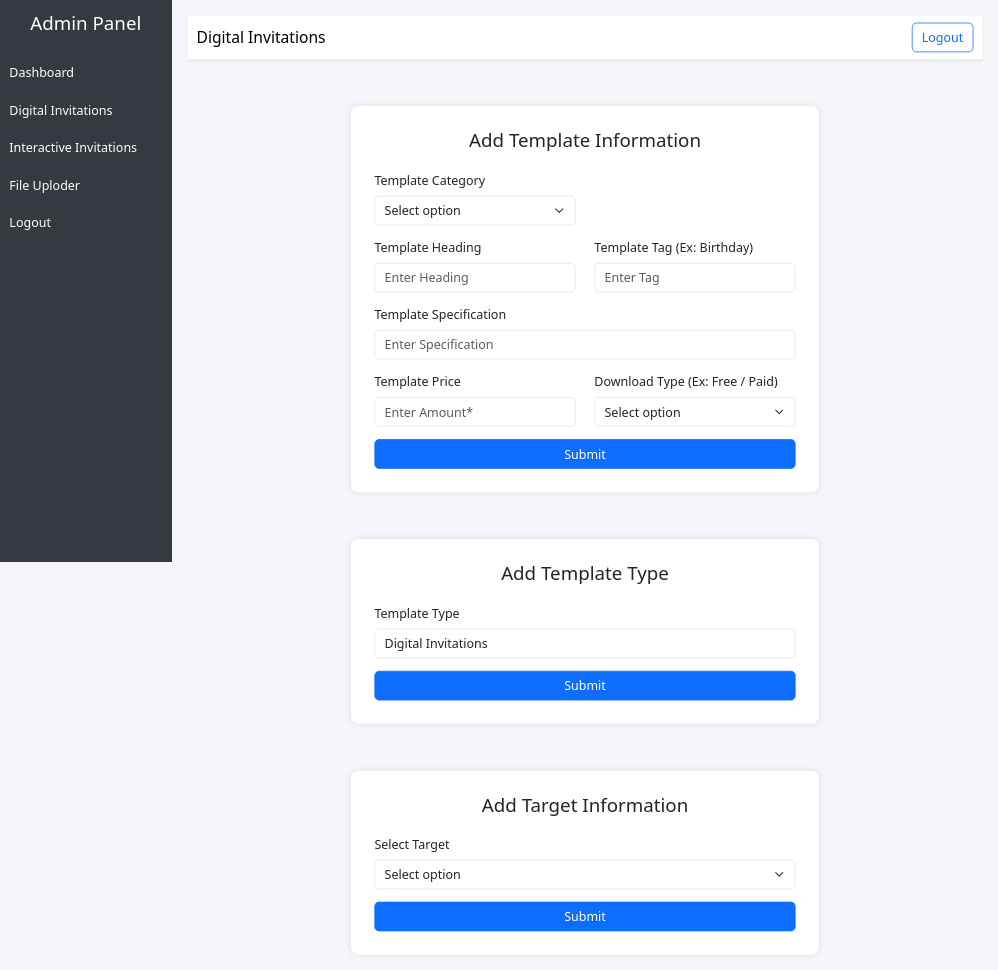
Repository: viraj7551/Flying-Invite-Project
Page: http://localhost/Admin03/digital_invitation.jsp
These files come from the project's save history. The page is drawn as it stood at one moment and after the next save; the edit follows.
The browser window is 1280 px wide. The pictures show the whole page, at 78% of full size.
Some web fonts or font styles are not loaded; a fallback is used. The page is served by Tomcat 9.

Above is the page before, as saved 2026-07-18 16:58:42.

After the next save:
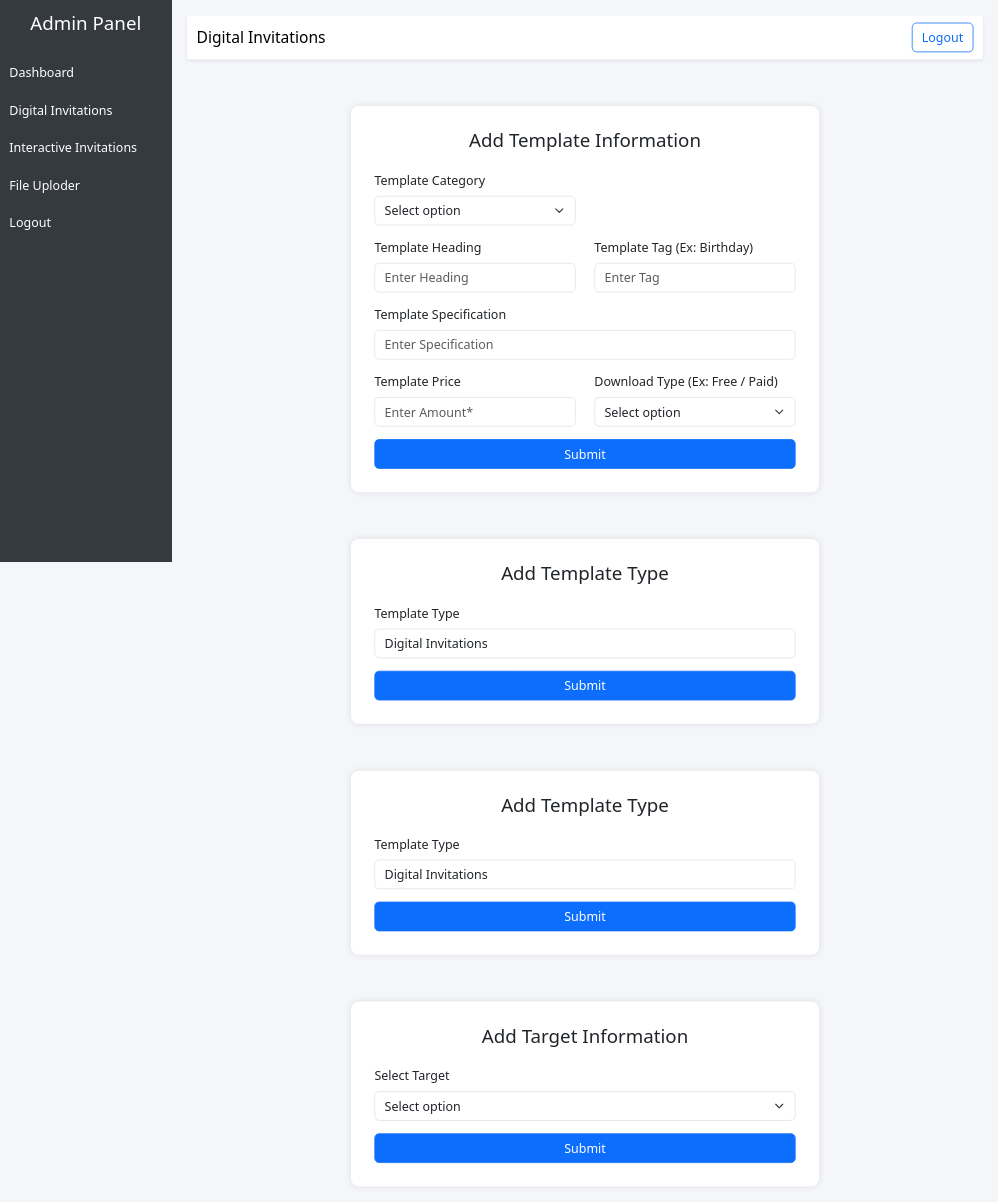
Saved 48 s later.
--- a/Admin03/WebContent/digital_invitation.jsp
+++ b/Admin03/WebContent/digital_invitation.jsp
@@ -213,7 +213,22 @@ margin-left:0;
 
 
 <!-- -------------------Form 3 starts here ------------->
-
+<div class="container">
+<div class="form-container">
+<h4 class="mb-4 text-center">Add Template Type</h4>
+ <form method="POST" action="/Admin03/Invitations">
+  <div class="row">
+     <div class="mb-3">
+          <label class="form-label">Template Type</label>
+          <input type="text" class="form-control" placeholder="Enter first name" name="template_type_selector"  value = "Digital Invitations" readonly>
+    </div>
+   <div class="d-grid">
+      <button type="submit" class="btn btn-primary">Submit </button>
+   </div>
+ </div>
+</form>
+</div>
+</div>
 <!-- -------------------Form 3 ends here --------------->
 
 
